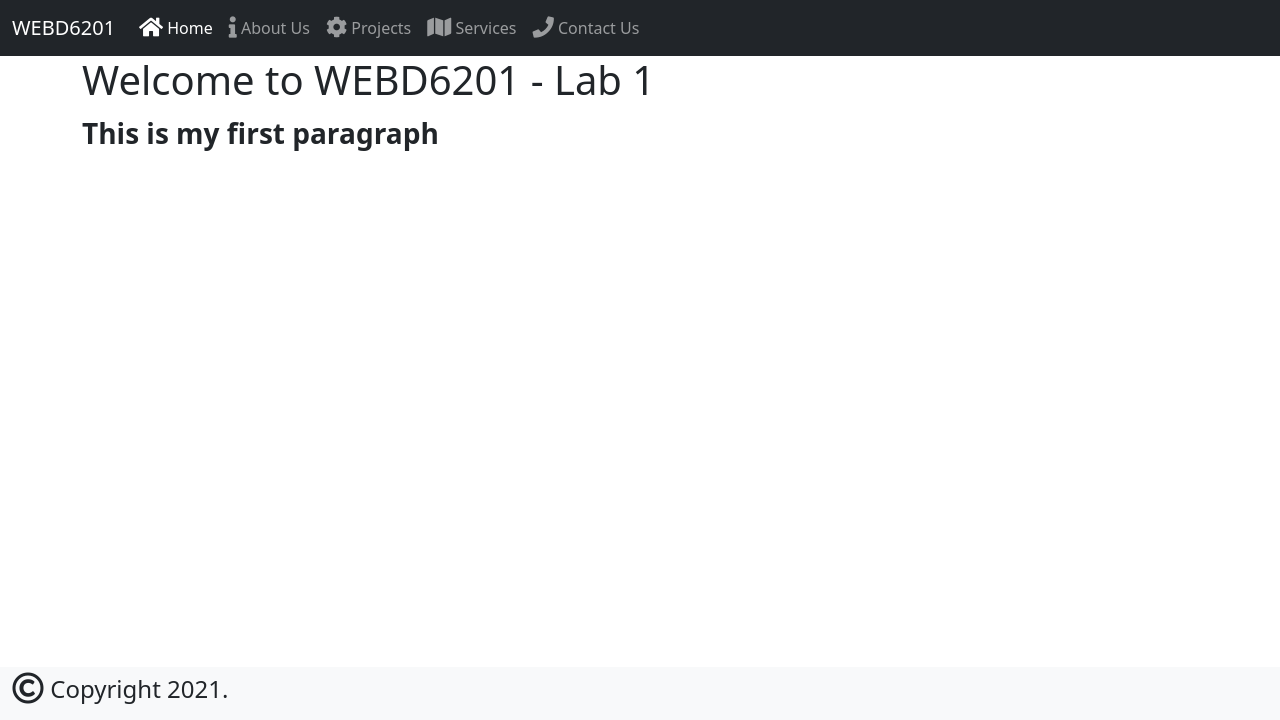
Repository: aphim/Webd6201-wk3
Page: about.html
The author's editor kept a copy of each file at every save. The page is drawn from the files as they stood at one save, then again after the next save.
The browser window is 1280 px wide. The pictures show the whole page.

Above is the page before, as saved 2021-01-21 08:48:27.

### about.html
<!DOCTYPE html>
<html lang="en">
<head>
    <meta charset="UTF-8">
    <meta name="viewport" content="width=device-width, initial-scale=1.0">
    <title>Home</title>
    <!-- CSS Section -->
    <link rel="stylesheet" href="./node_modules/bootstrap/dist/css/bootstrap.min.css">
    <link rel="stylesheet" href="./node_modules/@fortawesome/fontawesome-free/css/all.min.css">
    <link rel="stylesheet" href="./Content/app.css">
</head>
<body>
  <!-- Main Header-->
    <header>
      <!-- Main navigation-->
        <nav class="navbar navbar-expand-lg navbar-dark bg-dark">
            <div class="container-fluid">
              <a class="navbar-brand" href="index.html">WEBD6201</a>
              <button class="navbar-toggler" type="button" data-bs-toggle="collapse" data-bs-target="#navbarSupportedContent" aria-controls="navbarSupportedContent" aria-expanded="false" aria-label="Toggle navigation">
                <span class="navbar-toggler-icon"></span>
              </button>
              <div class="collapse navbar-collapse" id="navbarSupportedContent">
                <ul class="navbar-nav me-auto mb-2 mb-lg-0">
                  <li class="nav-item">
                    <a class="nav-link active" aria-current="page" href="index.html"><i class="fas fa-home fa-lg"></i> Home</a>
                  </li>

                  <li class="nav-item">
                    <a class="nav-link" aria-current="page" href="about.html"><i class="fas fa-info fa-lg"></i> About Us</a>
                  </li>

                  <li class="nav-item">
                    <a class="nav-link" aria-current="page" href="projects.html"><i class="fas fa-cog fa-lg"></i> Projects</a>
                  </li>

                  <li class="nav-item">
                    <a class="nav-link" aria-current="page" href="services.html"><i class="fas fa-map fa-lg"></i> Services</a>
                  </li>

                  <li class="nav-item">
                    <a class="nav-link" aria-current="page" href="contact.html"><i class="fas fa-phone fa-lg"></i> Contact Us</a>
                  </li>
                </ul>
              </div>
            </div>
          </nav>
    </header>

<!--Main Content-->
    <main class="container">
        <h1>Welcome to WEBD 6201</h1>
        <p id="paragraphOne"></p>
    </main>

    <!-- Main footer-->
    <footer>
        <nav class="navbar fixed-bottom navbar-light bg-light">
            <div class="container-fluid">
              <h4><i class="far fa-copyright fa-lg"></i> Copyright 2021.</h4>
            </div>
          </nav>
    </footer>

    <!-- Script Section-->
    <script src="./node_modules/jquery/dist/jquery.min.js"></script>
    <script src="./node_modules/bootstrap/dist/js/bootstrap.bundle.min.js"></script>
    <script src="./Scripts/app.js"></script>
</body>
</html>

### Scripts/app.js
/* custom JavaScript goes here */

//IIFE - Immediately Invoked Function Expression
//AKA - Anonymous Self-Executing Function
//Closure - limits scope leak

"use strict";

(function()
{

    function Start()
    {
        console.log("App Started...");

        let paragraphOneText = "This is a simple site to demonstrate DOM Manipulation for ICE 1";

        //Different ways to select a paragraph element "paragraph one"
        let paragraphOneElement = document.getElementById("paragraphOne");

        //let paragraphOneParagraph = document.getElementsByTagName("p")[0];
        //let paragraphOneQuery = document.querySelector("p");
        //console.log(paragraphOneElement);
        //console.log(paragraphOneParagraph);
        //console.log(paragraphOneQuery);

        paragraphOneElement.textContent = paragraphOneText;
        paragraphOneElement.className = "fs-5";

        // step 1. Create an element
        let newParagraph = document.createElement("p");
        //step 2. configure element
        newParagraph.setAttribute("id", "paragraphTwo");
        newParagraph.textContent = "...And this is paragraph two";
        //Step 3. select the parent element
        let mainContent = document.getElementsByTagName("main")[0];
        //step 4. Add/insert the element
        mainContent.appendChild(newParagraph);

        newParagraph.className = "fs-6";

        //////another way to add an element ///////
        //let paragraphThree =`<p class="fs-7 fw-bold">And this is the Third Paragraph</p>`;
        //mainContent.innerHTML = paragraphThree;

        let paragraphDiv = document.createElement("div");
        let paragraphThree = `<p id="paragraphThree" class="fs-7 fw-bold">And this is the third paragraph</p>`
        paragraphDiv.innerHTML = paragraphThree;

        //insertion before a node
        //newParagraph.before(paragraphDiv);
        newParagraph.after(paragraphDiv);

        //deletions
        //paragraphOneElement.remove();
        mainContent.removeChild(paragraphOneElement);

        //Update / modification of an element
        //mainContent.firstElementChild.textContent = "Welcome Home!";

        mainContent.innerHTML =
        `<h1 id="firstHeading">Welcome to WEBD6201 - Lab 1</h1>
        <p id="paragraphOne" class="fs-3 fw-bold">This is my first paragraph</p>`

    }



    window.addEventListener("load", Start);

})();

Loaded but not shown: node_modules/bootstrap/dist/css/bootstrap.min.css (library); node_modules/@fortawesome/fontawesome-free/css/all.min.css (library); Content/app.css (common file); node_modules/jquery/dist/jquery.min.js (library); node_modules/bootstrap/dist/js/bootstrap.bundle.min.js (library)

After the next save:
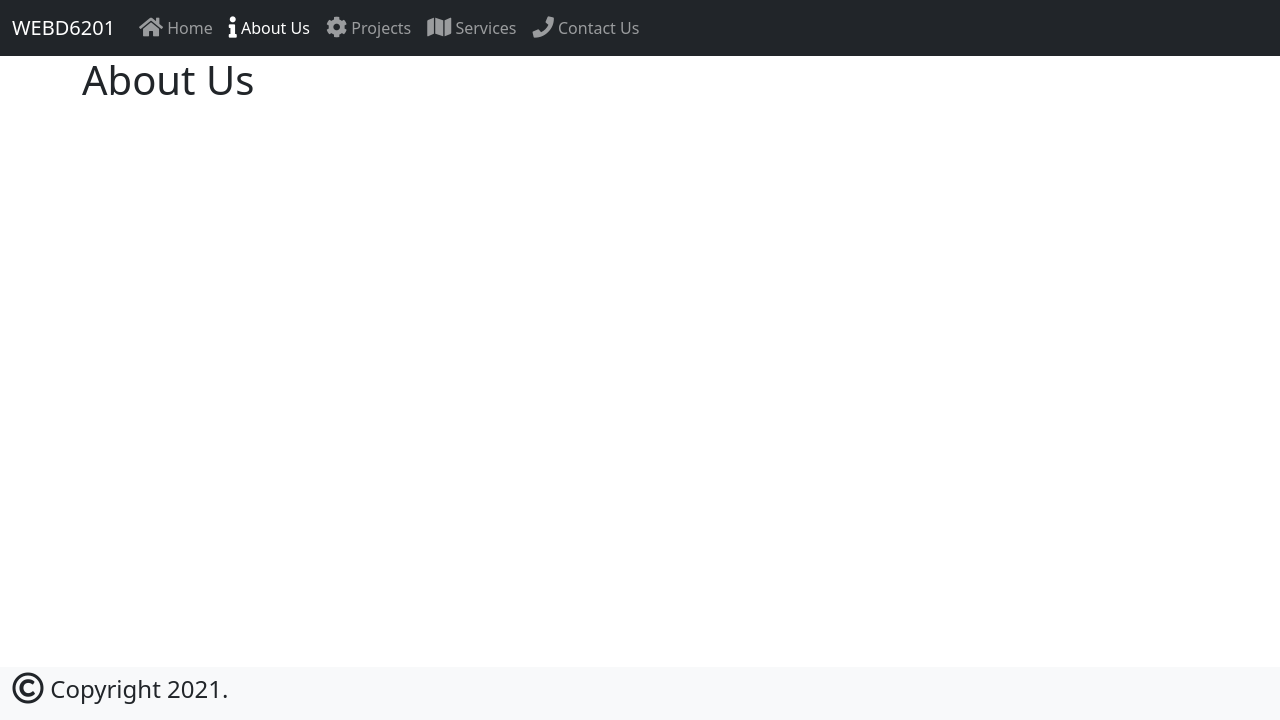
Console error: TypeError: Cannot set properties of null (setting 'textContent')
Saved 51 s later.
--- a/about.html
+++ b/about.html
@@ -3,7 +3,7 @@
 <head>
     <meta charset="UTF-8">
     <meta name="viewport" content="width=device-width, initial-scale=1.0">
-    <title>Home</title>
+    <title>About</title>
     <!-- CSS Section -->
     <link rel="stylesheet" href="./node_modules/bootstrap/dist/css/bootstrap.min.css">
     <link rel="stylesheet" href="./node_modules/@fortawesome/fontawesome-free/css/all.min.css">
@@ -22,11 +22,11 @@
               <div class="collapse navbar-collapse" id="navbarSupportedContent">
                 <ul class="navbar-nav me-auto mb-2 mb-lg-0">
                   <li class="nav-item">
-                    <a class="nav-link active" aria-current="page" href="index.html"><i class="fas fa-home fa-lg"></i> Home</a>
+                    <a class="nav-link" aria-current="page" href="index.html"><i class="fas fa-home fa-lg"></i> Home</a>
                   </li>
 
                   <li class="nav-item">
-                    <a class="nav-link" aria-current="page" href="about.html"><i class="fas fa-info fa-lg"></i> About Us</a>
+                    <a class="nav-link active" aria-current="page" href="about.html"><i class="fas fa-info fa-lg"></i> About Us</a>
                   </li>
 
                   <li class="nav-item">
@@ -48,8 +48,7 @@
 
 <!--Main Content-->
     <main class="container">
-        <h1>Welcome to WEBD 6201</h1>
-        <p id="paragraphOne"></p>
+        <h1>About Us</h1>
     </main>
 
     <!-- Main footer-->
